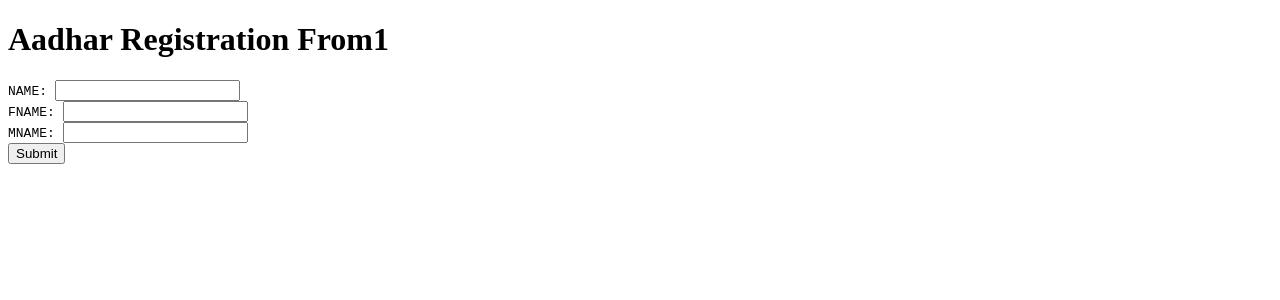
Repository: somakbha/CodeBackUP
Page: J2EE-Practice/AadharRegistrationForm/WebContent/form1.html
An editor plug-in stored every save of this project. The page is shown before and after the next save, followed by the edit.
The browser window is 1280 px wide. The pictures show the whole page.

Above is the page before, as saved 2019-06-01 17:39:41.

After the next save:
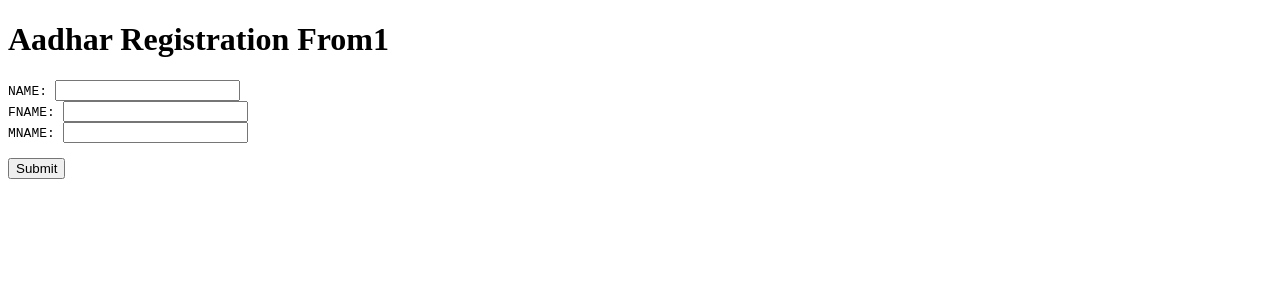
Saved 81 s later.
--- a/J2EE-Practice/AadharRegistrationForm/WebContent/form1.html
+++ b/J2EE-Practice/AadharRegistrationForm/WebContent/form1.html
@@ -11,6 +11,7 @@
 NAME: <input type="text" name="name">
 FNAME: <input type="text" name="fname">
 MNAME: <input type="text" name="mname">
+<input type="hidden" name="fno" value="1">
 <input type="submit" name="Next>>">
 </pre>
 	</form>
